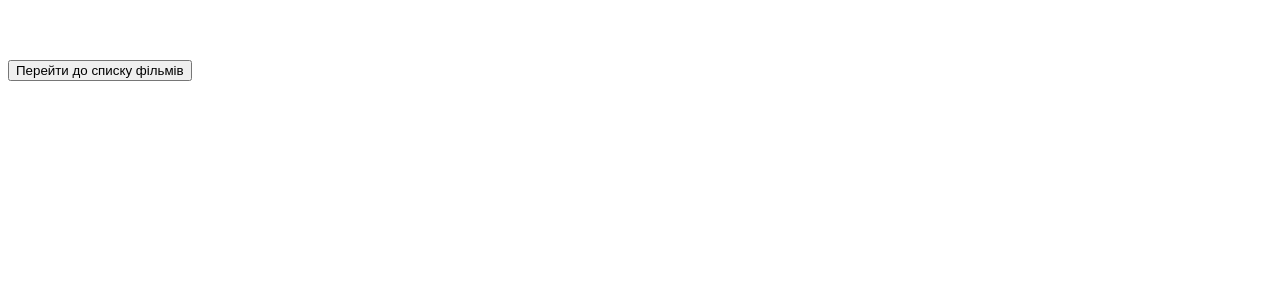
Repository: kristinap8/movies-gallery
Page: /
These files come from the project's save history. The page is drawn as it stood at one moment and after the next save; the edit follows.
The browser window is 1280 px wide. The pictures show the whole page.
The project was rebuilt for these pictures with package versions that can differ from the ones it lists, and the page was loaded fresh each time. Also part of the build but not shown: src/pages/Movie/index.vue, src/pages/AddMovie/index.vue, src/components/MovieInfo/index.vue, src/components/MoviesList/index.vue, src/pages/AllMovies/index.vue.

Above is the page before, as saved 2020-11-15 13:58:53.

### src/main.js
import Vue from 'vue'
import App from './App.vue'
import store from "./store"
import router from "./router"

Vue.config.productionTip = false

new Vue({
  router,
  store,
  render: h => h(App),
}).$mount('#app')

### src/App.vue
<template>
  <div id="app">
    <router-view/>
  </div>
</template>

<script>


export default {
  name: 'App',
  components: {

  }
}
</script>

<style>
#app {
  font-family: Avenir, Helvetica, Arial, sans-serif;
  -webkit-font-smoothing: antialiased;
  -moz-osx-font-smoothing: grayscale;
  color: #2c3e50;
  margin-top: 60px;
}
</style>

### src/store/index.js
import Vue from "vue";
import Vuex from "vuex";
import {uuid} from 'uuidv4'

Vue.use(Vuex);

const store=new Vuex.Store({
    state:{
       moviesList:[
           {
               id:1,
               name:"Джокер",
               image:"https://upload.wikimedia.org/wikipedia/ru/thumb/6/6f/%D0%94%D0%B6%D0%BE%D0%BA%D0%B5%D1%80_%28%D1%84%D0%B8%D0%BB%D1%8C%D0%BC_%D0%A2%D0%BE%D0%B4%D0%B4%D0%B0_%D0%A4%D0%B8%D0%BB%D0%BB%D0%B8%D0%BF%D1%81%D0%B0%29.jpg/202px-%D0%94%D0%B6%D0%BE%D0%BA%D0%B5%D1%80_%28%D1%84%D0%B8%D0%BB%D1%8C%D0%BC_%D0%A2%D0%BE%D0%B4%D0%B4%D0%B0_%D0%A4%D0%B8%D0%BB%D0%BB%D0%B8%D0%BF%D1%81%D0%B0%29.jpg",
               genre:"Драма",
               year:2019,
               country:"США",
               actors:"Роберт де Ніро",
               //"Хоакін Фенікс","Ши Уигхем"],
               duration:122
           },
           {
            id:2,
            name:"Воно",
            image:"https://media.socastsrm.com/wordpress/wp-content/blogs.dir/679/files/2019/09/it_chapter_two_pennywise_poster.png",
            genre:"Триллер",
            year:2017,
            country:"США",
            actors:"Білл Скарсгард",
            //"Ері Коен","Хавйер Ботет"],
            duration:135
           },
           {
            id:3,
            name:"Форсаж 8",
            image:"https://img.odessa1.com/images/events/326x464/m2-17534-1.jpg",
            genre:"Бойовик",
            year:2017,
            country:"США",
            actors:"Він Дизель",
            //"Джейсон Стейтем","Дуейн Джонсон"],
            duration:136
           }
       ]
    },
    mutations:{
        addMovie(state, data) {
            state.moviesList.push({
              id: uuid(),
              ...data,
            })
          },
    },
    actions:{
        addMovie({ commit }, movie) {
            commit('addMovie', movie)
          },
    },
    getters:{
        getMovies: (state) => state.moviesList,
    }
})

export default store;

### src/router.js
import Vue from "vue";
import VueRouter from "vue-router";

import Home from "@/pages/Home";
import Movie from "@/pages/Movie";
import AddMovie from "@/pages/AddMovie";
import AllMovies from "@/pages/AllMovies";

Vue.use(VueRouter);

const routes=[
    {
        path:"/",
        name:'home',
        component:Home
    },
    {
        path:"/all_movies",
        name:'all-movies',
        component:AllMovies
    },
    {
        path:"/add_movie",
        name:'add-movie',
        component:AddMovie
    },
    {
        path:"/movie/:movie_id",
        name:'movie',
        component:Movie
    }
];
const router=new VueRouter({
    mode:"history",
    routes
});

export default router;

### src/pages/Home/index.vue
<template>
    <div>
       <router-link to="/all_movies" tag='button'>Перейти до списку фільмів</router-link>

    </div>
</template>

<script>
 export default {
        name:"Home",
        components:{

        }
    }
</script>

<style lang="scss" scoped>

</style>

Loaded but not shown: public/index.html (common file)

After the next save:
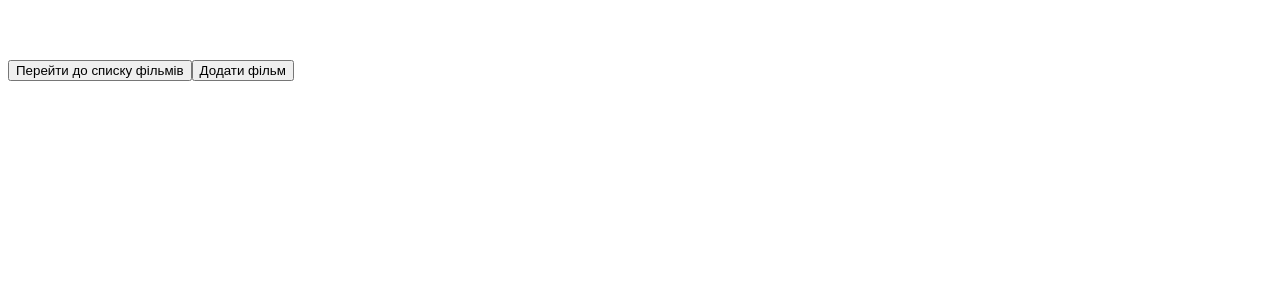
Saved 50 s later.
--- a/src/pages/Home/index.vue
+++ b/src/pages/Home/index.vue
@@ -1,8 +1,8 @@
 <template>
     <div>
        <router-link to="/all_movies" tag='button'>Перейти до списку фільмів</router-link>
-
-    </div>
+       <router-link to="/add_movie" tag='button'>Додати фільм</router-link>
+   </div>
 </template>
 
 <script>
